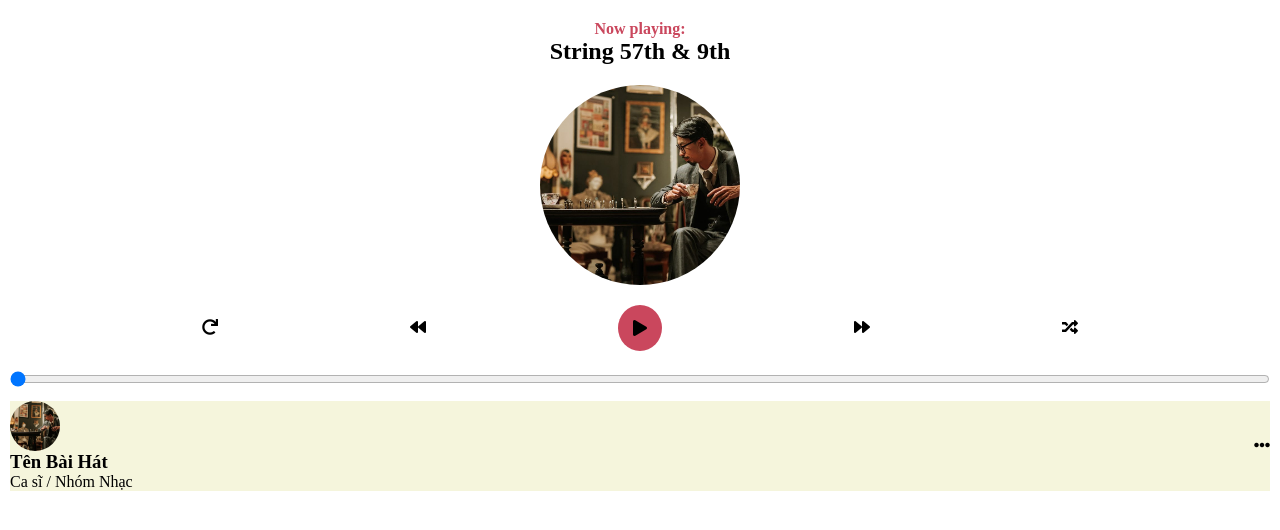
Repository: dovanthao2404/AppMusicPlayer
Page: index.html
These files come from the project's save history. The page is drawn as it stood at one moment and after a run of saves; the edit follows.
The browser window is 1280 px wide. The pictures show the whole page.

Above is the page before, as saved 2021-06-28 02:29:09.

After the next 2 saves:
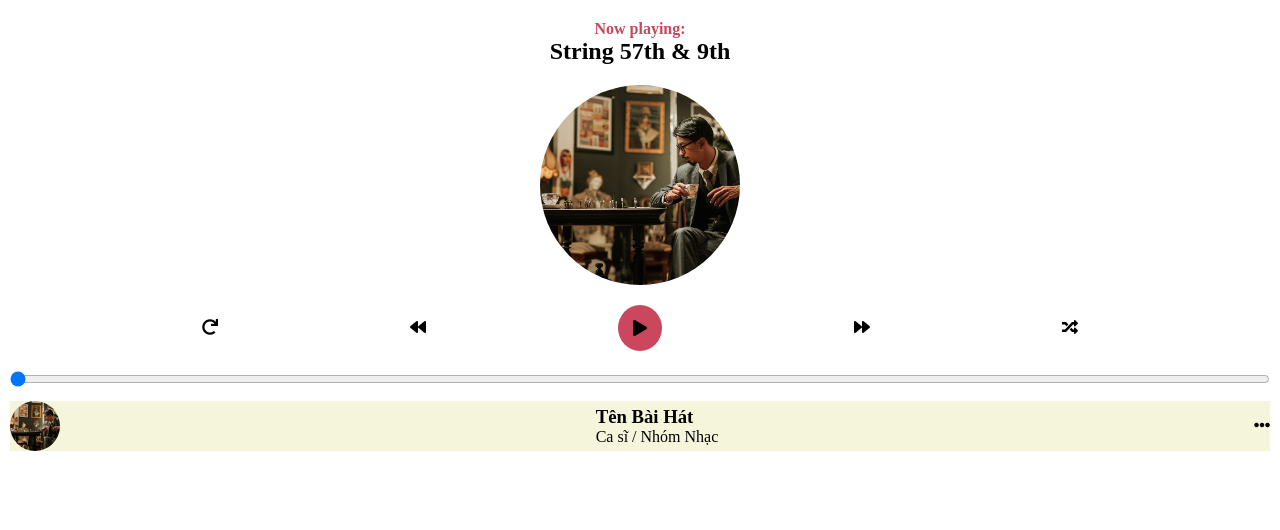
The 2 saves are shown as one change because they came seconds apart.
The last was saved 11 s later.
--- a/index.html
+++ b/index.html
@@ -59,14 +59,12 @@
       <!-- PLAY LIST -->
       <div class="playlist">
         <div class="song">
-          <div>
-            <div class="thumb">
-              <img src="./img/loinho.jpg" alt="">
-            </div>
-            <div class="body">
-              <h3 class="title">Tên Bài Hát</h3>
-              <p class="author">Ca sĩ / Nhóm Nhạc</p>
-            </div>
+          <div class="thumb">
+            <img src="./img/loinho.jpg" alt="">
+          </div>
+          <div class="body">
+            <h3 class="title">Tên Bài Hát</h3>
+            <p class="author">Ca sĩ / Nhóm Nhạc</p>
           </div>
           <div class="option">
             <i class="fa fa-ellipsis-h"></i>
